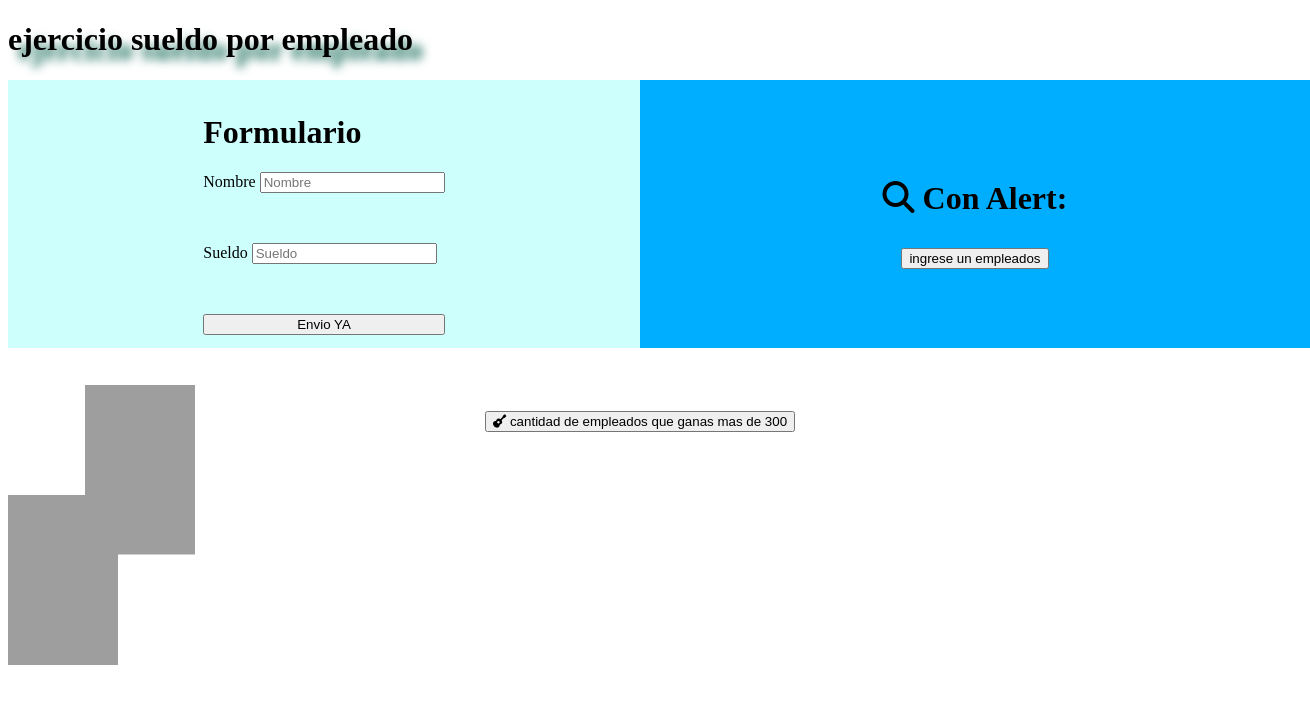
Repository: wolfmarcos/Ej-FormSesionEmpleados
Page: index.html
These files come from the project's save history. The page is drawn as it stood at one moment and after the next save; the edit follows.
The browser window is 1280 px wide. The page is 1310 px wide, so the pictures cover 1310 px, including what lies to the right of the window. The pictures show the whole page.
Pictures or frames that could not be fetched are drawn as grey boxes. Some web libraries are served in a nearby version.

Above is the page before, as saved 2022-08-08 18:38:06.

After the next save:
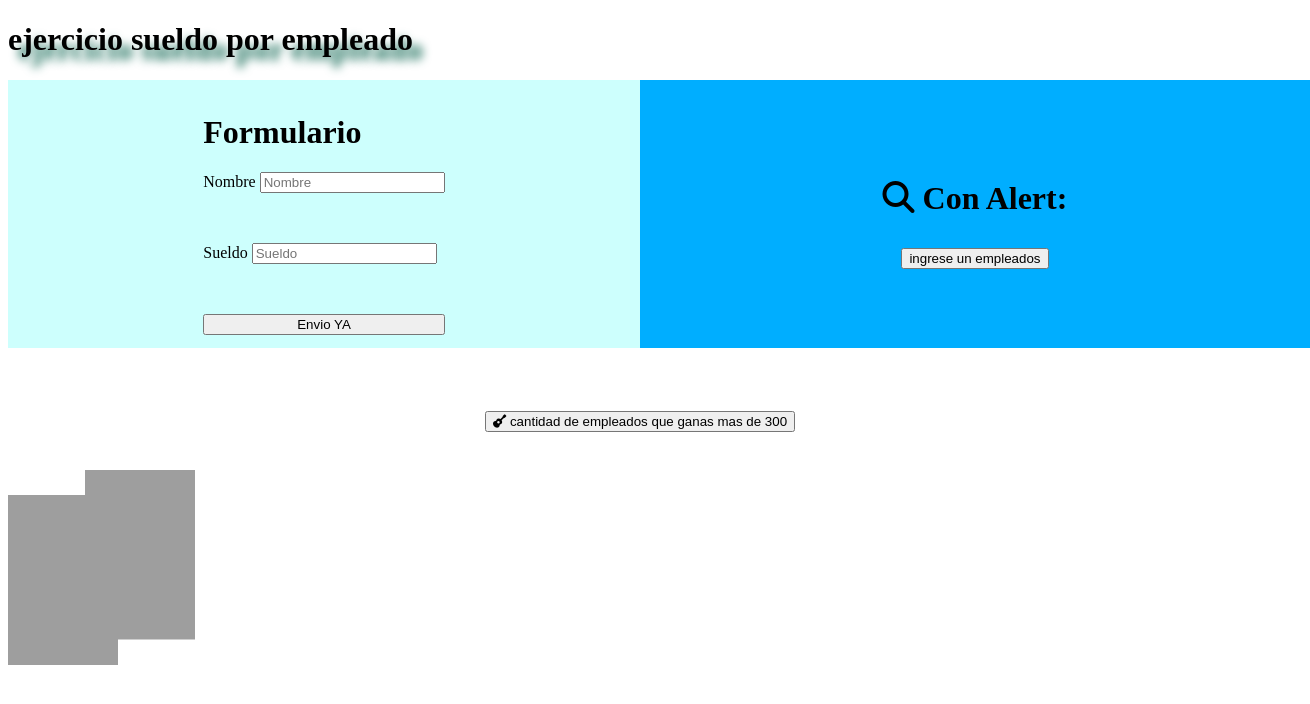
Saved 8 s later.
--- a/ej1.css
+++ b/ej1.css
@@ -252,7 +252,7 @@ position: relative;
 
 @keyframes corre {
 
-    50%{transform: translate(140% ,-115%);}
+    /* 50%{transform: translate(140% ,-115%);} */
 
   90%{background-position:-1016px -460px}
   90%{transform: translate(280% ,-15%);}
